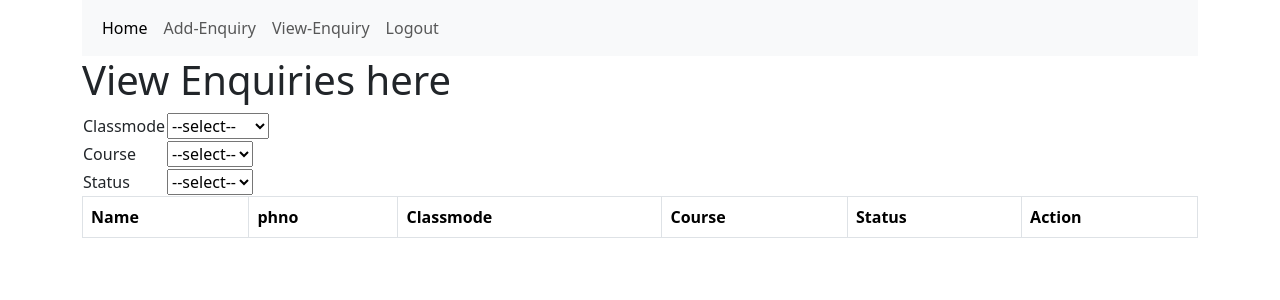
Repository: lakshmi0817/Jrtp_projects
Page: http://localhost/view-enquiry
An editor plug-in stored every save of this project. The page is shown before and after the next save, followed by the edit.
The browser window is 1280 px wide. The pictures show the whole page.
The page is this project's Thymeleaf template; nobody is signed in. The template is opened directly, without the code that normally fills it, so the values that code supplies are empty.

Above is the page before, as saved 2025-01-02 18:04:37.

### 01_Mini_Project/src/main/resources/templates/view-enquiry.html
<!doctype html>
<html lang="en">

<head>
	<meta charset="utf-8">
	<meta name="viewport" content="width=device-width, initial-scale=1">
	<title>View Enquiry</title>
	<link href="https://cdn.jsdelivr.net/npm/bootstrap@5.3.3/dist/css/bootstrap.min.css" rel="stylesheet"
		integrity="sha384-QWTKZyjpPEjISv5WaRU9OFeRpok6YctnYmDr5pNlyT2bRjXh0JMhjY6hW+ALEwIH" crossorigin="anonymous">
</head>

<body>
	<div class="container">

		<nav class="navbar navbar-expand-lg bg-body-tertiary">
			<div class="container-fluid">
				<button class="navbar-toggler" type="button" data-bs-toggle="collapse" data-bs-target="#navbarNav"
					aria-controls="navbarNav" aria-expanded="false" aria-label="Toggle navigation">
					<span class="navbar-toggler-icon"></span>
				</button>
				<div class="collapse navbar-collapse" id="navbarNav">
					<ul class="navbar-nav">
						<li class="nav-item">
							<a class="nav-link active" aria-current="page" href="dashboard">Home</a>
						</li>
						<li class="nav-item">
							<a class="nav-link" href="enquiry-page">Add-Enquiry</a>
						</li>
						<li class="nav-item">
							<a class="nav-link" href="view-enquiry">View-Enquiry</a>
						</li>
						<li class="nav-item">
							<a class="nav-link" href="logout">Logout</a>
						</li>

					</ul>
				</div>
			</div>
		</nav>

		<h1> View Enquiries here</h1>

		<form>
			<table>
				<tr>
					<td>Classmode</td>
					<td>
						<select th:field="*{classmode}">
							<option value="">--select--</option>
							<option value="classroom">Classroom</option>
							<option value="online">Online</option>
						</select>
					</td>
				</tr>

				<tr>

					<td>Course</td>
					<td>
						<select th:field=" *{course}">
							<option value="">--select--</option>
							<option value="java">Java</option>
							<option value="python">Python</option>
							<option value="devOps">DevOps</option>
							<option value="angular">Angular</option>
							<option value="aws">AWS</option>
						</select>
					</td>
				</tr>

				<tr>

					<td>Status</td>
					<td>
						<select th:field="*{status}">
							<option value="">--select--</option>
							<option value="open">open</option>
							<option value="enrolled">enrolled</option>
							<option value="lost">lost</option>
						</select>
					</td>
				</tr>
			</table>
		</form>

		<table class="table table-bordered table-striped">
			<thead>
				<tr>
					<th>Name</th>
					<th>phno</th>
					<th>Classmode</th>
					<th>Course</th>
					<th>Status</th>
					<th>Action</th>
				</tr>
			</thead>
			<tbody>
				<tr th:each="enq: ${enquiries}">
					<td th :text="${enq.name"></td>
					<td th :text="${enq.phno"></td>
					<td th :text="${enq.classmode"></td>
					<td th :text="${enq.course"></td>
					<td th :text="${enq.status"></td>
					<td>
						<a href="">Edit</a>
					</td>
				</tr>
			</tbody>
		</table>


	</div>
	<script src="https://cdn.jsdelivr.net/npm/bootstrap@5.3.3/dist/js/
	bootstrap.bundle.min.js" integrity="sha384-YvpcrYf0tY3lHB60NNkmXc5s9fDVZLESaAA55NDzOxhy9GkcIdslK1eN7N6jIeHz"
		crossorigin="anonymous"></script>
</body>

</html>

After the next save:
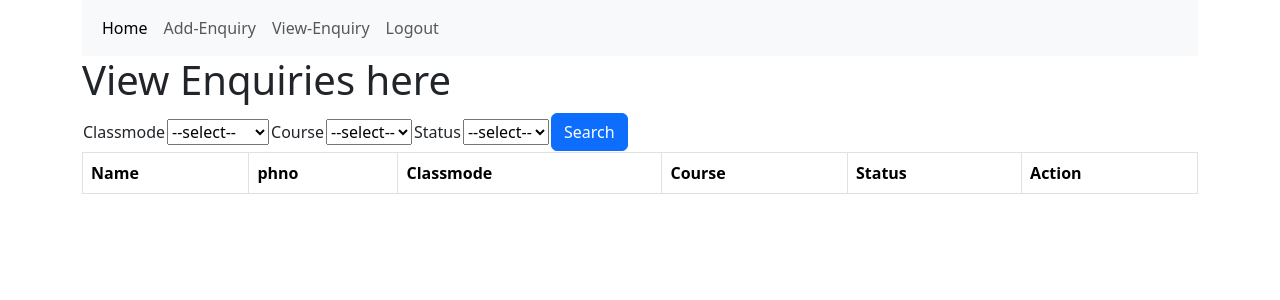
Saved 2 min 1 s later.
--- a/01_Mini_Project/src/main/resources/templates/view-enquiry.html
+++ b/01_Mini_Project/src/main/resources/templates/view-enquiry.html
@@ -51,9 +51,9 @@
 							<option value="online">Online</option>
 						</select>
 					</td>
-				</tr>
 
-				<tr>
+
+
 
 					<td>Course</td>
 					<td>
@@ -66,9 +66,9 @@
 							<option value="aws">AWS</option>
 						</select>
 					</td>
-				</tr>
 
-				<tr>
+
+
 
 					<td>Status</td>
 					<td>
@@ -79,6 +79,11 @@
 							<option value="lost">lost</option>
 						</select>
 					</td>
+
+					<td>
+						<input type = "submit" value = "Search" class = "btn btn-primary">
+					</td>
+
 				</tr>
 			</table>
 		</form>
